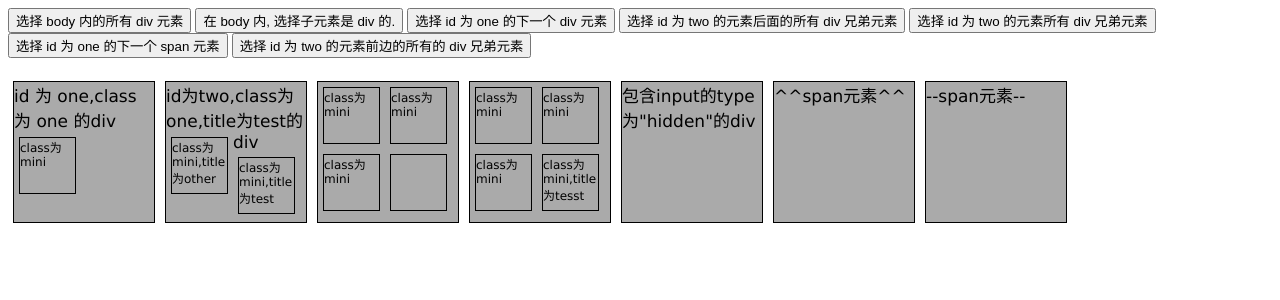
Repository: smilebingbing/java
Page: day_1/WebContent/jquery3.html
An editor plug-in stored every save of this project. The page is shown before and after the next save, followed by the edit.
The browser window is 1280 px wide. The pictures show the whole page.
After loading, the first visible `#btn7` was clicked once.

Above is the page before, as saved 2016-10-15 07:53:02.

### day_1/WebContent/jquery3.html
<!DOCTYPE html>
<html>
<head>
<meta http-equiv="Content-Type" content="text/html";charset="gbk">

<title>Insert title here</title>
<style type="text/css">
			div, span, p {
			    width: 140px;
			    height: 140px;
			    margin: 5px;
			    background: #aaa;
			    border: #000 1px solid;
			    float: left;
			    font-size: 17px;
			    font-family: Verdana;
			}

			div.mini {
			    width: 55px;
			    height: 55px;
			    background-color: #aaa;
			    font-size: 12px;
			}

			div.hide {
			    display: none;
			}
		</style>

<script type="text/javascript" src="jquery-1.7.2.js"></script>
<script type="text/javascript">

	$(function(){

		$("#btn1").click(function(){
			$("body div").css("background","#ffbbaa");
		});
		$("#btn2").click(function(){
			$("body > div").css("background","#ffbbaa");
		});
		$("#btn3").click(function(){
			$("#one+div").css("background","#ffbbaa");
		});
		$("#btn4").click(function(){
			$("#two~ div").css("background","#ffbbaa");
		});
		$("#btn5").click(function(){
			$("#two").siblings("div").css("background","#ffbbaa");
		});
		$("#btn6").click(function(){
			//以下选择器选择的是紧邻#one的span元素，若该span
			//和#one不相邻，选择器无效
			//$("#one+span").css("background","#ffbbaa");
			//$("#one").nextAll("span").css("background",#ffbbaa);

			$("#one").nextAll("span:first").css("background","#ffbbaa");
		});
		$("#btn7").click(function(){
			$("none").css("background","#ffbbaa");
		});
	})
</script>
</head>
<body>
		<input type="button" value="选择 body 内的所有 div 元素" id="btn1" />
		<input type="button" value="在 body 内, 选择子元素是 div 的." id="btn2" />
		<input type="button" value="选择 id 为 one 的下一个 div 元素" id="btn3" />
		<input type="button" value="选择 id 为 two 的元素后面的所有 div 兄弟元素" id="btn4" />
		<input type="button" value="选择 id 为 two 的元素所有 div 兄弟元素" id="btn5" />
		<input type="button" value="选择 id 为 one 的下一个 span 元素" id="btn6" />
		<input type="button" value="选择 id 为 two 的元素前边的所有的 div 兄弟元素" id="btn7" />

		<br><br>
		<div class="one" id="one">
			id 为 one,class 为 one 的div
			<div class="mini">class为mini</div>
		</div>
		<div class="one" id="two" title="test">
			id为two,class为one,title为test的div
			<div class="mini" title="other">class为mini,title为other</div>
			<div class="mini" title="test">class为mini,title为test</div>
		</div>
		<div class="one">
			<div class="mini">class为mini</div>
			<div class="mini">class为mini</div>
			<div class="mini">class为mini</div>
			<div class="mini"></div>
		</div>
		<div class="one">
			<div class="mini">class为mini</div>
			<div class="mini">class为mini</div>
			<div class="mini">class为mini</div>
			<div class="mini" title="tesst">class为mini,title为tesst</div>
		</div>
		<div style="display:none;" class="none">style的display为"none"的div</div>
		<div class="hide">class为"hide"的div</div>
		<div>
			包含input的type为"hidden"的div<input type="hidden" size="8">
		</div>
		<span id="span">^^span元素^^</span>
		<span id="span">--span元素--</span>
	</body>

</html>

Loaded but not shown: day_1/WebContent/jquery-1.7.2.js (library)

After the next save:
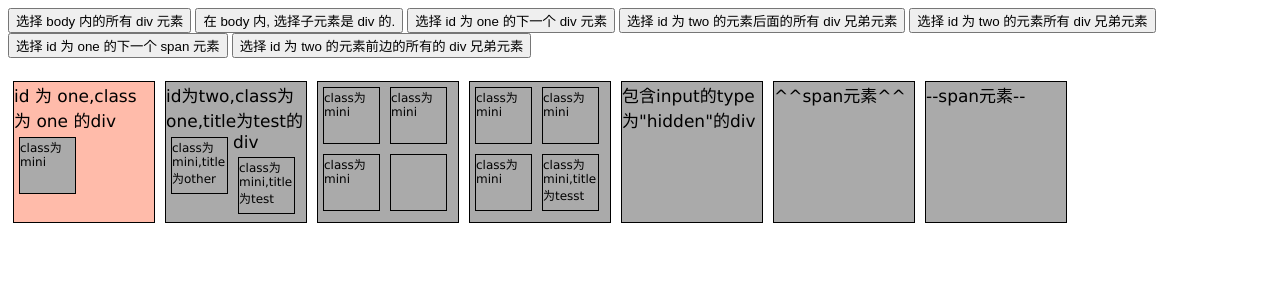
Saved 53 s later.
--- a/day_1/WebContent/jquery3.html
+++ b/day_1/WebContent/jquery3.html
@@ -57,7 +57,7 @@
 			$("#one").nextAll("span:first").css("background","#ffbbaa");
 		});
 		$("#btn7").click(function(){
-			$("none").css("background","#ffbbaa");
+			$("#two").prevAll("div").css("background","#ffbbaa");
 		});
 	})
 </script>
